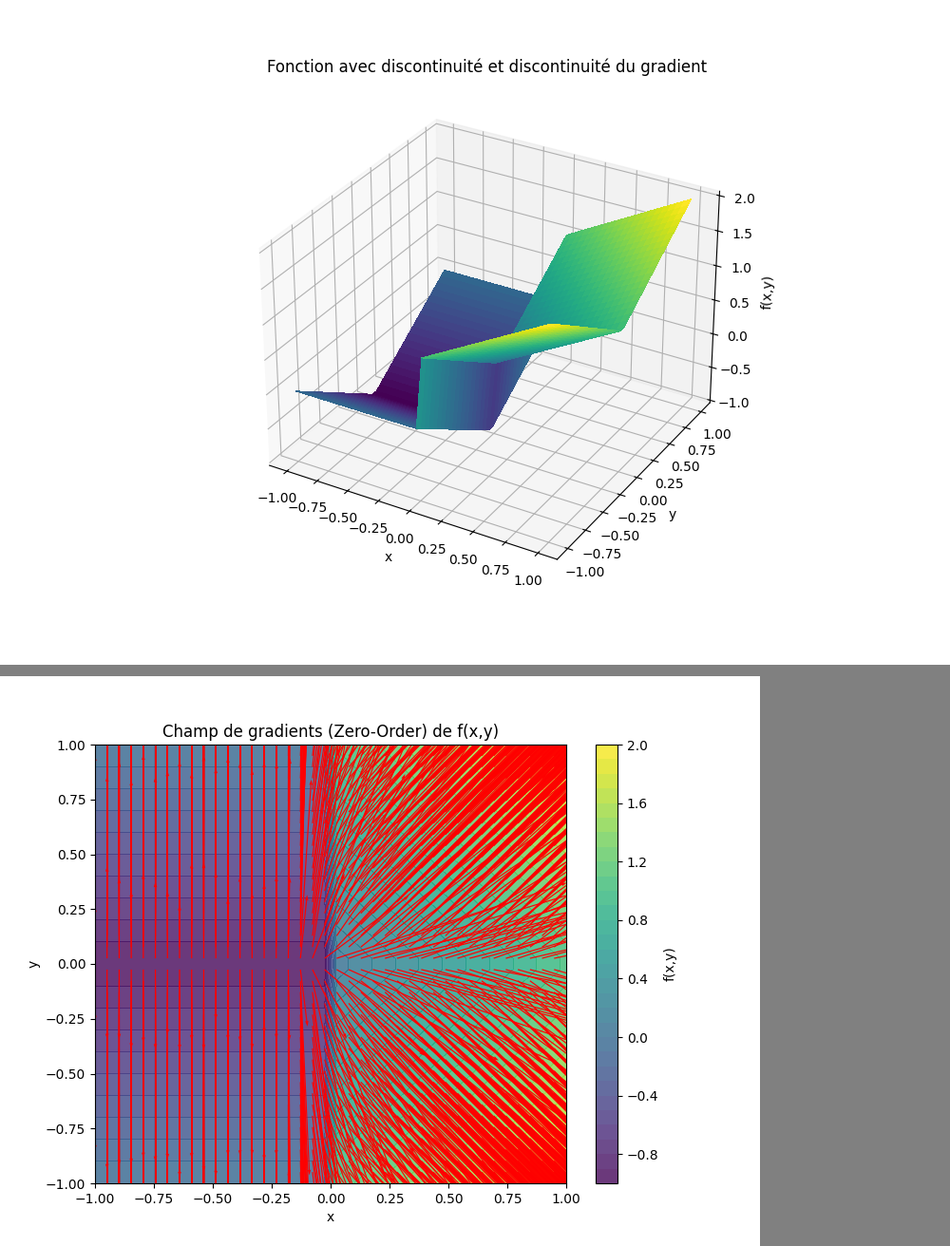
Repository: oomcth/Gradient-smoothing
Script's output: python test2D.py
These files come from the project's save history. The script's output is drawn as it stood at one moment and after the next save; the edit follows.
The pictures are shown at 95% of full size.
Each picture stacks the figures in order, with grey between them; figures that are only written to a file come last. Random numbers start from a fixed seed.

Above is the script's output before, as saved 2025-11-23 22:58:45.

After the next save:
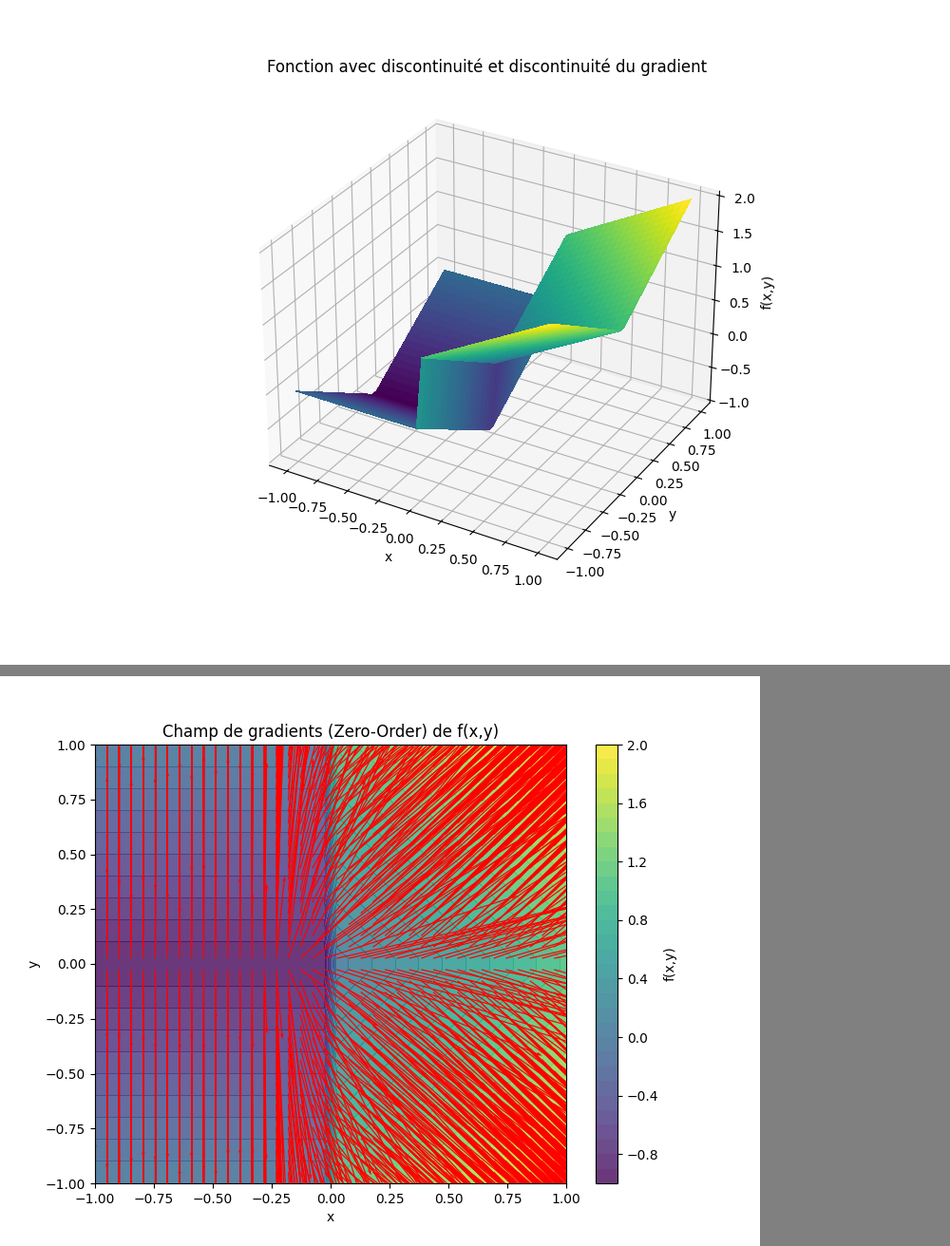
Saved 17 s later.
--- a/test2D.py
+++ b/test2D.py
@@ -48,7 +48,7 @@
     z = np.stack((np.zeros_like(y_s), y_s), axis=1)
     p_surface = gaussian_density(z - X, sigma)
     surf_term = np.array([1.0, 0.0]) * (2 * L / Ns) * np.sum(p_surface)
-    return grads_vals.mean(0)
+    return grads_vals.mean(0) + surf_term
 
 
 xv = np.linspace(-1, 1, 40)

After the save that followed:
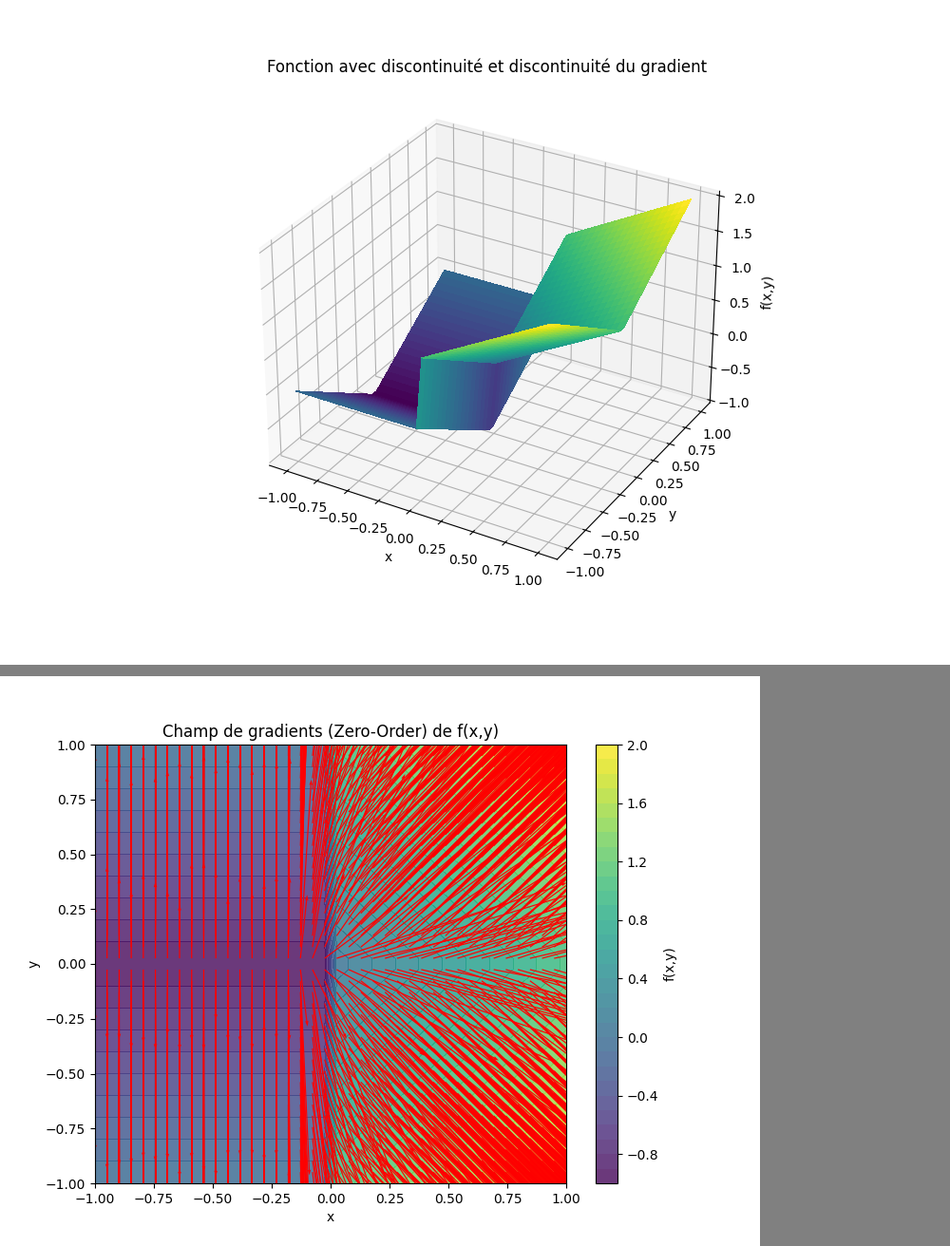
Saved 61 s later.
--- a/test2D.py
+++ b/test2D.py
@@ -48,7 +48,7 @@
     z = np.stack((np.zeros_like(y_s), y_s), axis=1)
     p_surface = gaussian_density(z - X, sigma)
     surf_term = np.array([1.0, 0.0]) * (2 * L / Ns) * np.sum(p_surface)
-    return grads_vals.mean(0) + surf_term
+    return grads_vals.mean(0)
 
 
 xv = np.linspace(-1, 1, 40)
